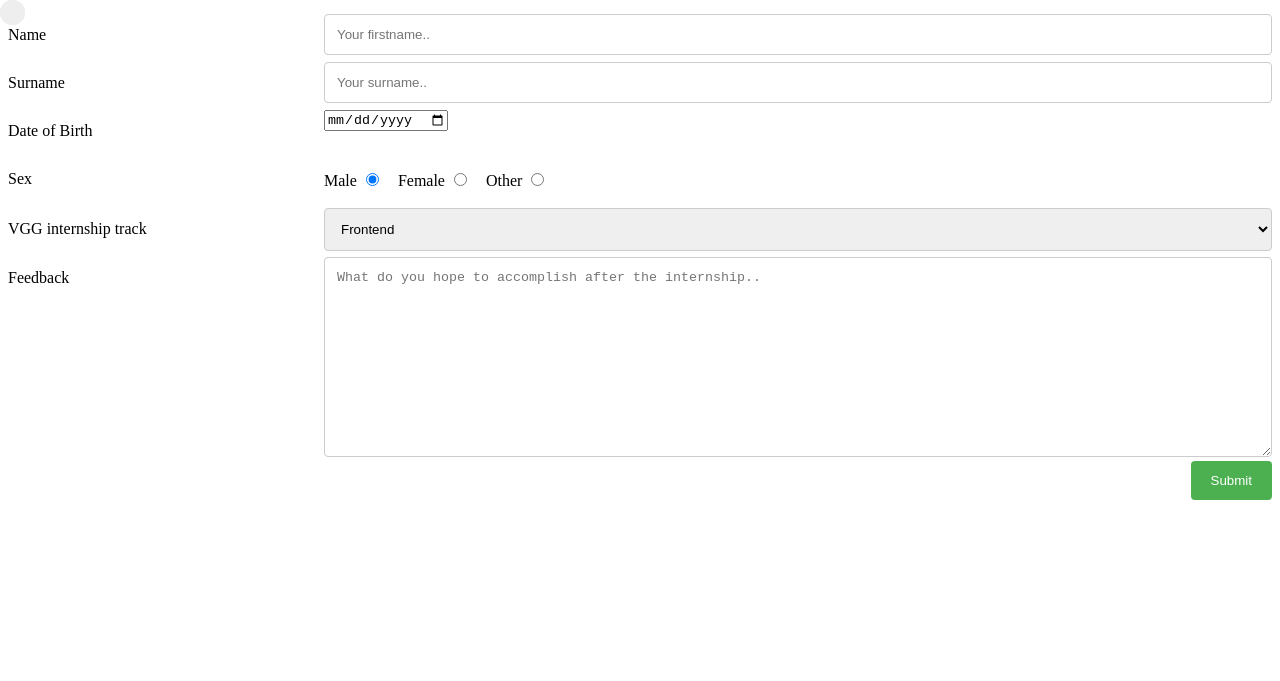
Repository: iphyokafor/VGG-Feedback-form
Page: index2.html
An editor plug-in stored every save of this project. The page is shown before and after the next save, followed by the edit.
The browser window is 1280 px wide. The pictures show the whole page.

Above is the page before, as saved 2020-01-12 23:54:01.

After the next save:
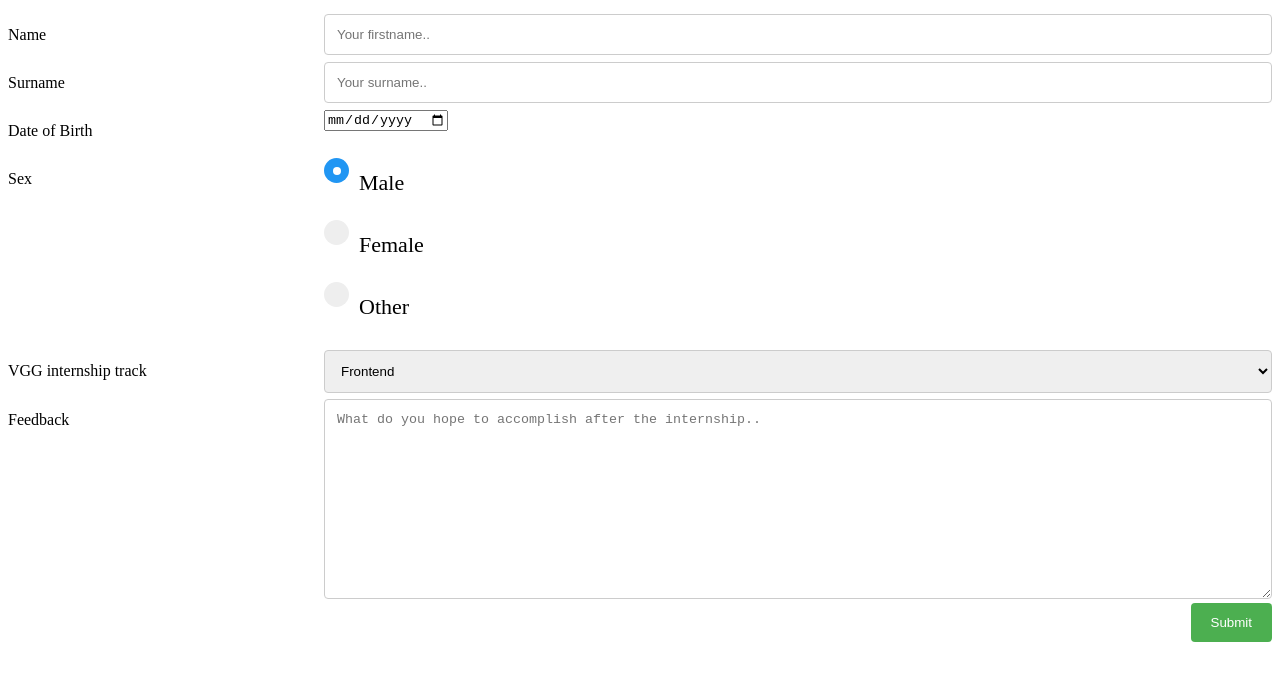
Saved 82 s later.
--- a/main.css
+++ b/main.css
@@ -80,7 +80,7 @@ input[type=submit] {
     }
 }
 
-.container {
+.lbl {
     display: block;
     position: relative;
     padding-left: 35px;
@@ -96,7 +96,7 @@ input[type=submit] {
 
 /* Hide the browser's default radio button */
 
-.container input {
+.lbl input {
     position: absolute;
     opacity: 0;
     cursor: pointer;
@@ -120,14 +120,14 @@ input[type=submit] {
 
 /* On mouse-over, add a grey background color */
 
-.container:hover input~.checkmark {
+.lbl:hover input~.checkmark {
     background-color: #ccc;
 }
 
 
 /* When the radio button is checked, add a blue background */
 
-.container input:checked~.checkmark {
+.lbl input:checked~.checkmark {
     background-color: #2196F3;
 }
 
@@ -143,14 +143,14 @@ input[type=submit] {
 
 /* Show the indicator (dot/circle) when checked */
 
-.container input:checked~.checkmark:after {
+.lbl input:checked~.checkmark:after {
     display: block;
 }
 
 
 /* Style the indicator (dot/circle) */
 
-.container .checkmark:after {
+.lbl .checkmark:after {
     top: 9px;
     left: 9px;
     width: 8px;
